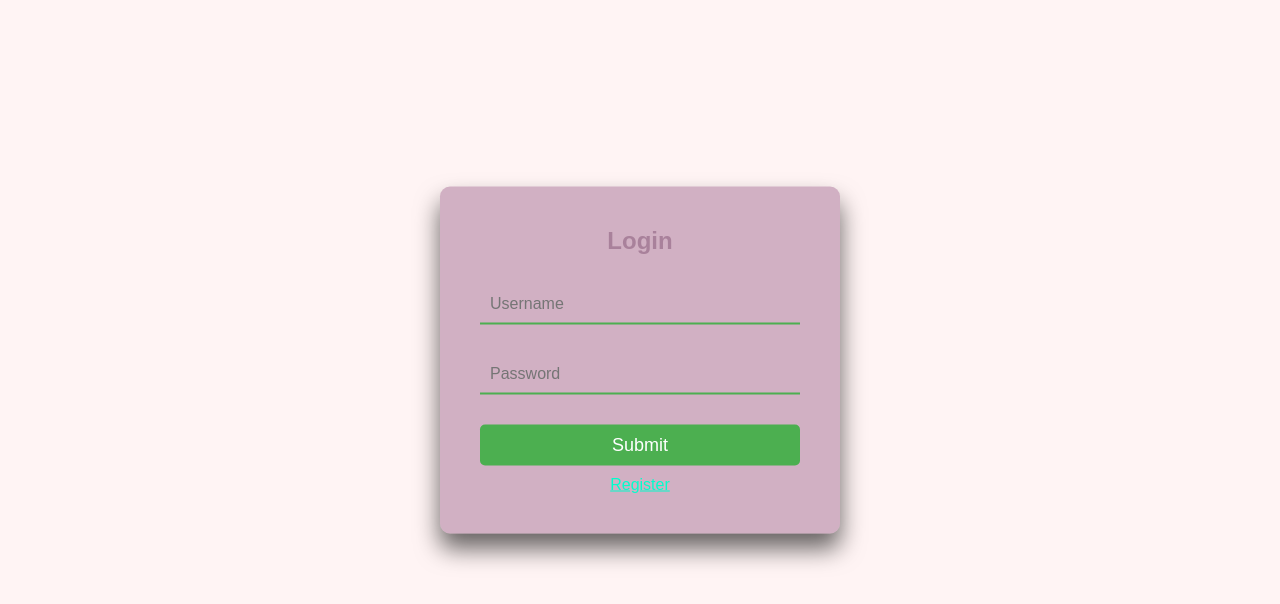
Repository: SRBshakib/Safe-Food---DBMS-project
Page: Organaization/login.html
The author's editor kept a copy of each file at every save. The page is drawn from the files as they stood at one save, then again after the next save.
The browser window is 1280 px wide. The pictures show the whole page.

Above is the page before, as saved 2024-11-10 21:55:10.

After the next save:
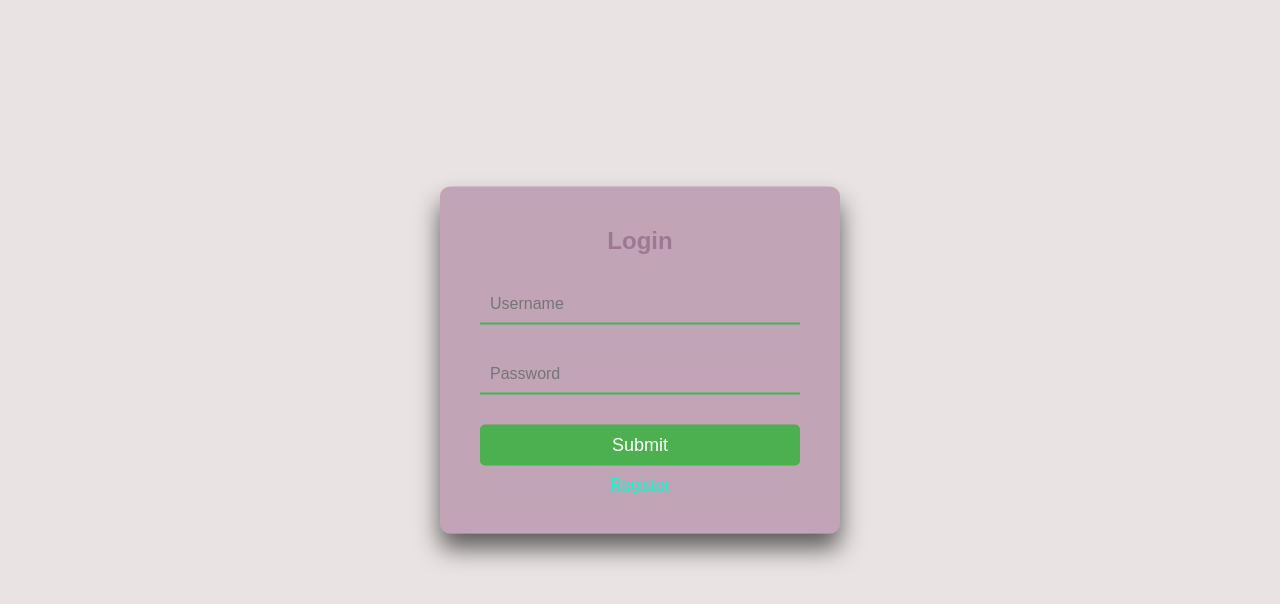
Saved 17 s later.
--- a/Organaization/style_login.css
+++ b/Organaization/style_login.css
@@ -12,7 +12,7 @@ body {
     justify-content: center;
     align-items: center;
     height: 100vh;
-    background-color: #ffcaca34;
+    background-color: #4600001c;
     color: rgba(59, 1, 45, 0.267);
 }
 
